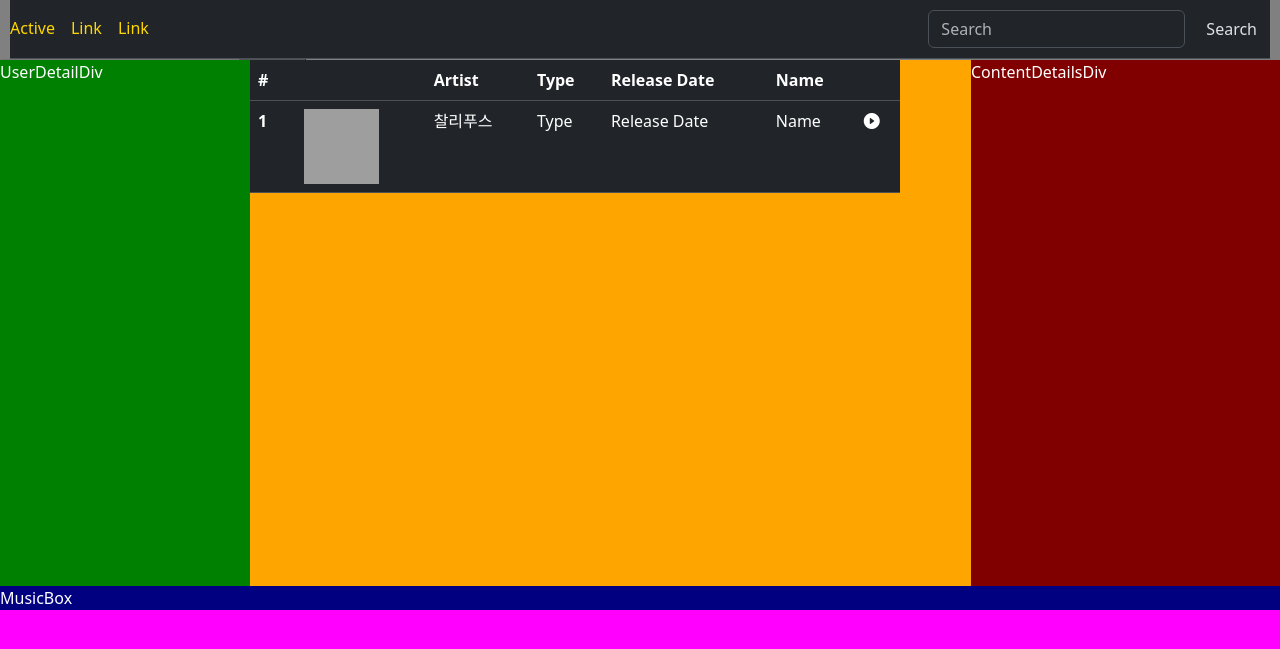
Repository: budflower44/My_Music_Life
Page: http://localhost/my_music_life/WEB-INF/views/mml/main.jsp
An editor plug-in stored every save of this project. The page is shown before and after the next save, followed by the edit.
The browser window is 1280 px wide. The pictures show the whole page.
Pictures or frames that could not be fetched are drawn as grey boxes. The page is served by Tomcat 9. Nobody is signed in. Other server files are loaded and not shown. The template is opened directly, without the code that normally fills it, so the values that code supplies are empty.

Above is the page before, as saved 2024-02-15 05:23:06.
Console error: TypeError: Cannot read properties of null (reading 'addEventListener')

### my_music_life/src/main/webapp/WEB-INF/views/mml/main.jsp
<%@ page language="java" contentType="text/html; charset=UTF-8"
    pageEncoding="UTF-8"%>
<!DOCTYPE html>
<html>
<head>
<meta charset="UTF-8">
<title>Insert title here</title>
</head>
<link rel="stylesheet" href="https://cdn.jsdelivr.net/npm/bootstrap-icons@1.10.5/font/bootstrap-icons.css">
<link href="https://cdn.jsdelivr.net/npm/bootstrap@5.3.1/dist/css/bootstrap.min.css" rel="stylesheet" integrity="sha384-4bw+/aepP/YC94hEpVNVgiZdgIC5+VKNBQNGCHeKRQN+PtmoHDEXuppvnDJzQIu9" crossorigin="anonymous">
<script src="https://cdn.jsdelivr.net/npm/@popperjs/core@2.11.8/dist/umd/popper.min.js" integrity="sha384-I7E8VVD/ismYTF4hNIPjVp/Zjvgyol6VFvRkX/vR+Vc4jQkC+hVqc2pM8ODewa9r" crossorigin="anonymous"></script>
<script src="https://cdn.jsdelivr.net/npm/bootstrap@5.3.1/dist/js/bootstrap.min.js" integrity="sha384-Rx+T1VzGupg4BHQYs2gCW9It+akI2MM/mndMCy36UVfodzcJcF0GGLxZIzObiEfa" crossorigin="anonymous"></script>
<style>
body{
	background-color : black;
	color: white;
	padding: 0;
	margin: 0;
}
.parentsDiv{
	height: 100vh;
	width: 100vw;
	display: flex;
	flex-direction: column;
}
.HeaderDiv{
	height: 60px;
}
.MidDiv{
	height: calc(100vh - 214px);
	min-height: calc(100vh - 194px);
	display:flex;
}
.FooterDiv{
	background-color: fuchsia;
	height: 154px;
	padding: 0;
	margin: 0;
	position:sticky;
	top: calc(100vh - 214px);
}
.SearchLineDiv{
	background-color: gray;

}
.UserDetailDiv{
	background-color: green;
	width: 250px;
	min-width: 250px;
}
.ContentsDiv{
	background-color: orange;
	width: 100%;
	height:calc(100vw-550px);
	display: flex;
	justify-content: space-between;
	overflow: scroll;
}
.ContentDiv{
	background-color: lime;
	width: 70%;
	height: calc(100vw-550px);
	overflow: scroll;
	align-items: flex-start;
}
.ContentDetailsDiv{
	background-color: maroon;
	width: 30%;
	min-width: 300px;
	height: 100%
}
.MusicBox{
	background-color: navy;
	padding: 0;
	margin: 0;

}
.searchDiv{
	background-color: black;
	width: 650px;
	height: 75px;
}
.searchDiv img{
	margin-left: 10px;
}
.searchDiv span{
	text-align: center;
}
.playIcon {
	display: inline;
}

.navDiv{
	position:sticky;
	padding-left: 10px;
	padding-right: 10px;
}
.nav-link{
	color: gold;
}
.nav-link:hover {
	color: white;
}
</style>
<body>
<div class="parentsDiv">
	<div class="HeaderDiv">
		<div class="SearchLineDiv">
				<div class="navDiv">
					<nav class="navbar bg-dark border-bottom border-body" data-bs-theme="dark">
						<ul class="nav nav-underline justify-content-end">
							<li class="nav-item"><a class="nav-link" aria-current="page" href="#">Active</a></li>
							<li class="nav-item"><a class="nav-link" href="#">Link</a></li>
							<li class="nav-item"><a class="nav-link" href="#">Link</a></li>
						</ul>
						<form class="d-flex" role="search">
        					<input class="form-control me-2 " id="searchKeyword" type="search" placeholder="Search" aria-label="Search">
        					<button class="btn" type="button" id="searchBtn">Search</button>
      					</form>
					</nav>
				</div>
				<input type="text" id="searchKeyword"><button type="button" id="searchBtn">Search</button>
		</div>
	</div>
	<div class="MidDiv">
		<div class="UserDetailDiv">UserDetailDiv</div>
		<div class="ContentsDiv">
			<div class="contentDiv">
				<div class="searchDiv 1" id="MusicBox">
				<table class="table table-dark table-hover">
					<tr>
						<th>#<th>
						<th>Artist</th>
						<th>Type</th>
						<th>Release Date</th>
						<th>Name</th>
						<th></th>
					</tr>
					<tr>
						<th>1<th>
						<img alt="" src="https://i.scdn.co/image/ab67616d0000b273a3b39c1651a617bb09800fd8" style="height:75px; width:75px; display:inline;">
						<td>찰리푸스</td>
						<td>Type</td>
						<td>Release Date</td>
						<td>Name</td>
						<td><i class="bi bi-play-circle-fill"></i></th>
					</tr>
<!--
					<span>artistName : </span>
					<span>type</span>
					<span>release Date : </span>
					<span>name : </span>
					<div class="playIcon ">

					</div> -->
				</table>
				</div>
			</div>
			<div class="ContentDetailsDiv">ContentDetailsDiv</div>
		</div>
	</div>
	<div class="FooterDiv">
		<div class="MusicBox" >MusicBox</div>
	</div>
	<div></div>
</div>

<script src="/resources/js/spotifyAPI.js"></script>

</body>
</html>

Loaded but not shown: my_music_life/src/main/webapp/resources/js/spotifyAPI.js (910 lines, source omitted)

After the next save:
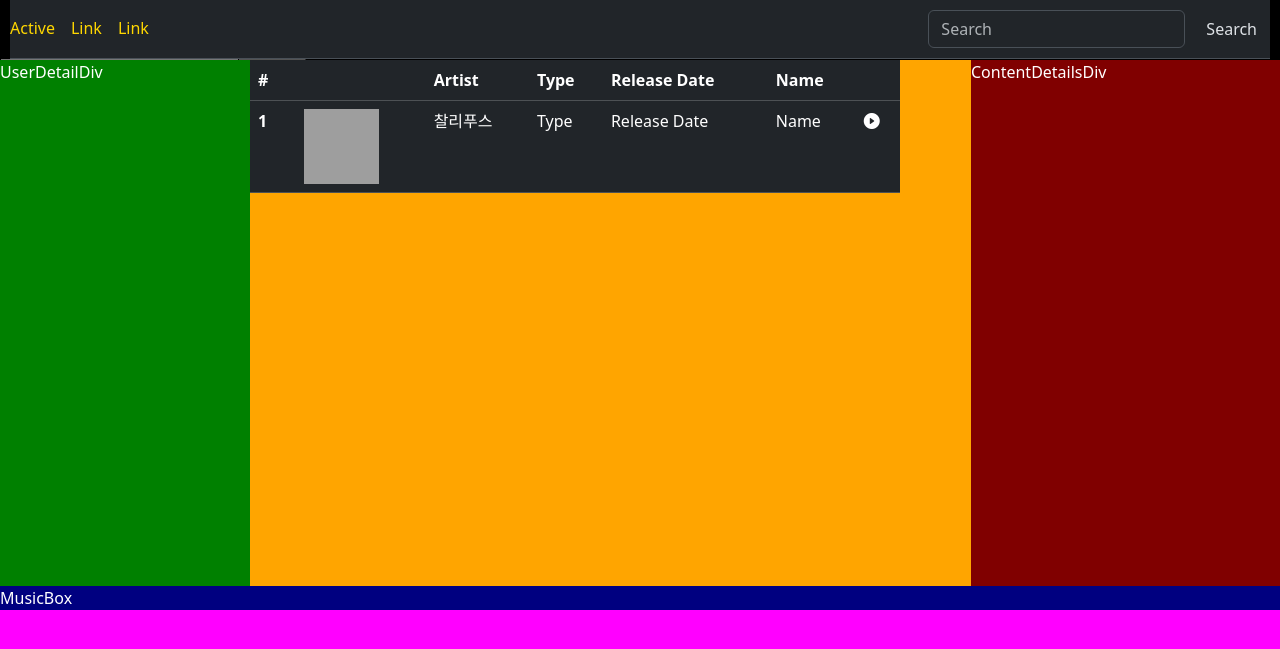
Saved 12 s later.
--- a/my_music_life/src/main/webapp/WEB-INF/views/mml/main.jsp
+++ b/my_music_life/src/main/webapp/WEB-INF/views/mml/main.jsp
@@ -40,7 +40,6 @@ body{
 	top: calc(100vh - 214px);
 }
 .SearchLineDiv{
-	background-color: gray;
 
 }
 .UserDetailDiv{
